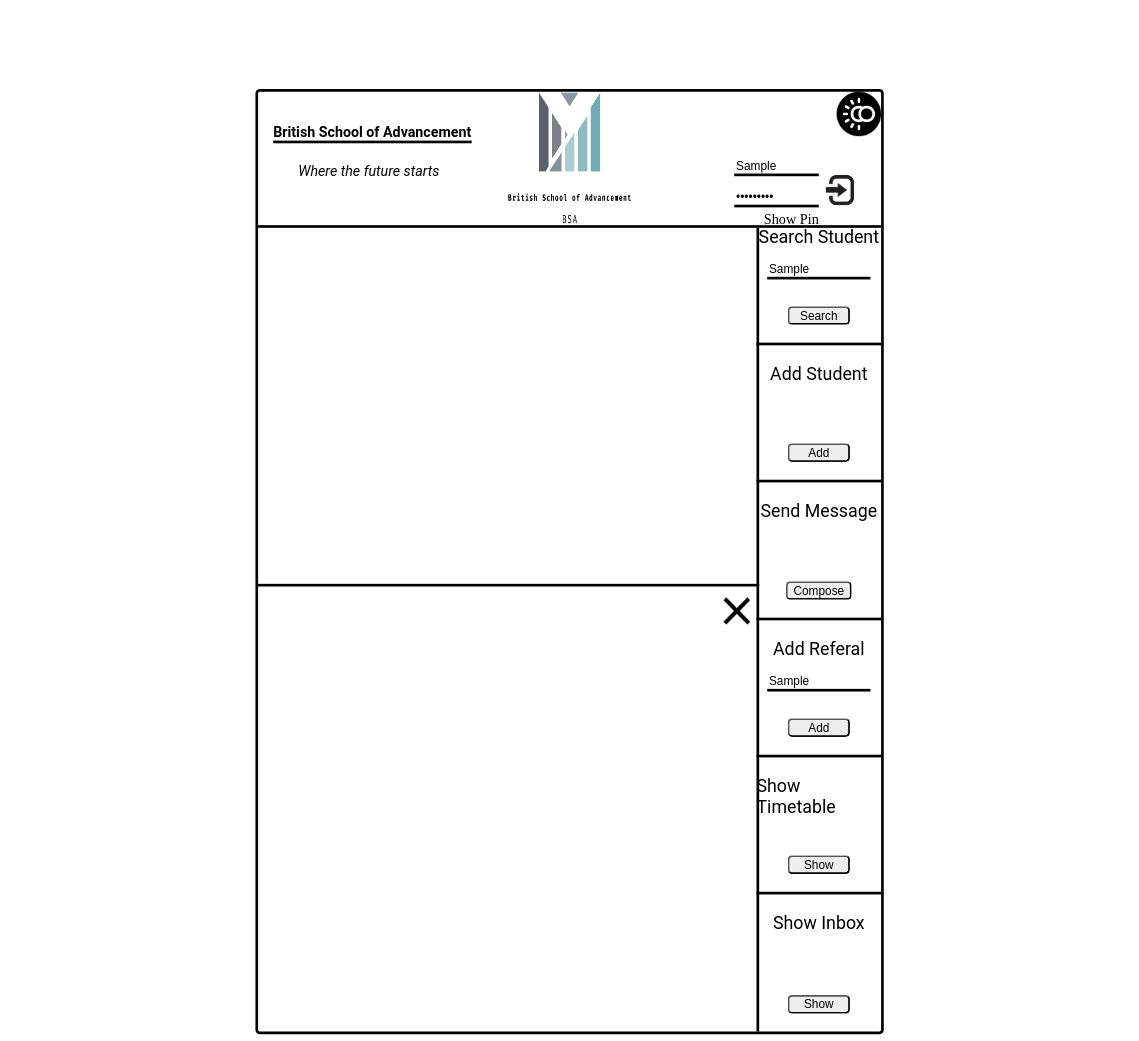
Repository: ghend99/Guardian-Application
Page: index.html
These files come from the project's save history. The page is drawn as it stood at one moment and after the next save; the edit follows.
The browser window is 1280 px wide. The pictures show the whole page, at 89% of full size.
Empty fields were first filled with sample values (such as "Sample", 5 or name@example.com).
After loading, the first visible `#inbox-open` was clicked once.

Above is the page before, as saved 2023-06-06 10:12:27.

After the next save:
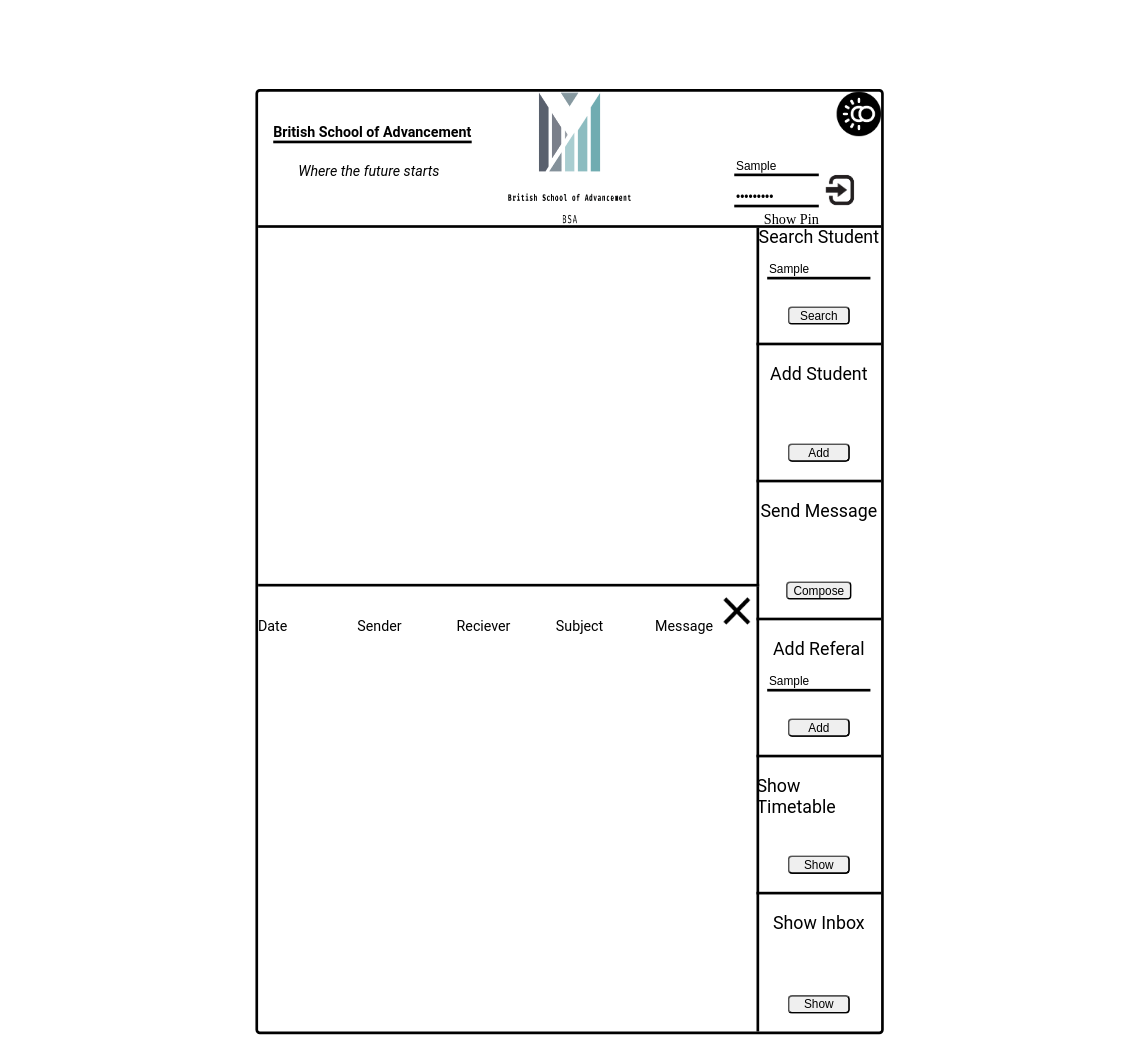
Saved 28 s later.
--- a/buttons.js
+++ b/buttons.js
@@ -69,5 +69,5 @@ btnComposeMessageSubmit.addEventListener("click", function (e) {
 
 btnInboxOpen.addEventListener("click", function (e) {
   e.preventDefault();
-  inboxContainer.style.dispaly = "block";
+  inboxContainer.style.display = "block";
 });
